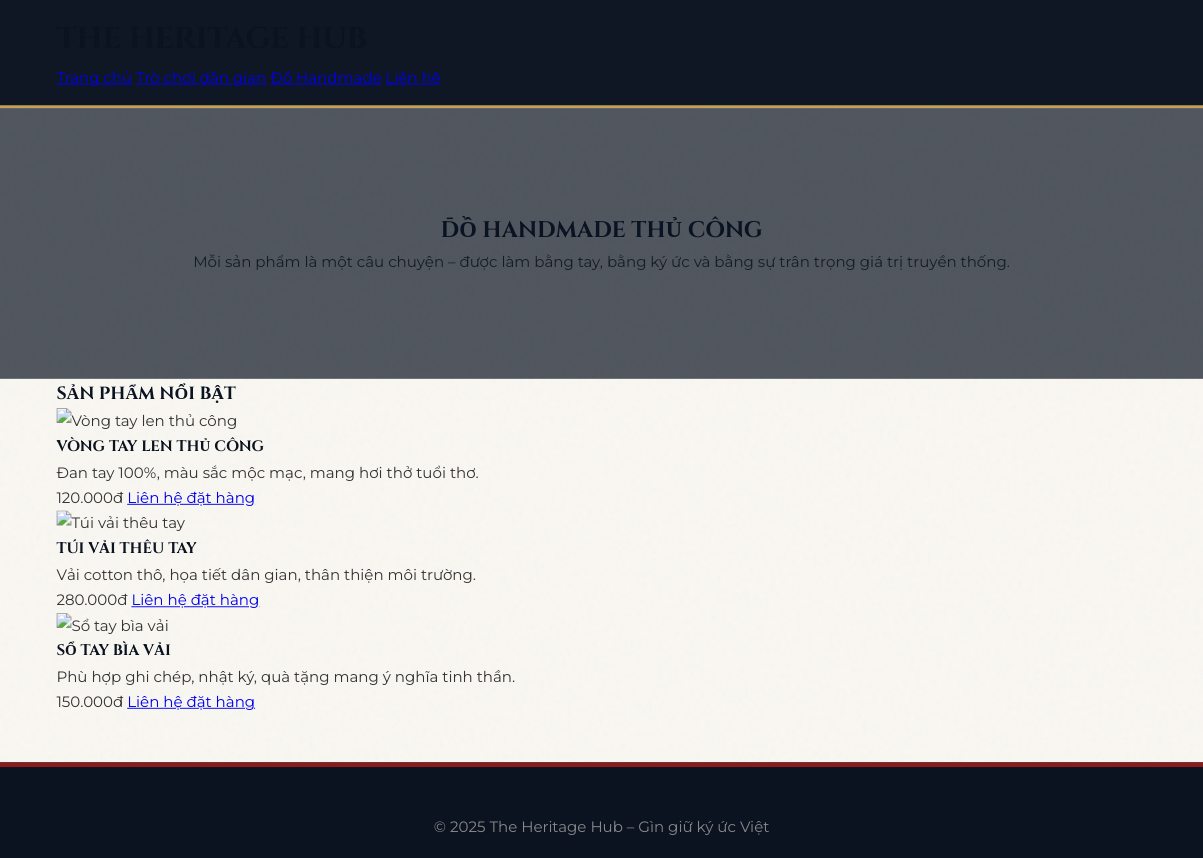
Repository: Lukas952003/Project-The-Heritage-Hub-Coffee-Marketing
Page: handmade.html
An editor plug-in stored every save of this project. The page is shown before and after the next save, followed by the edit.
The browser window is 1280 px wide. The pictures show the whole page, at 94% of full size.
Some web fonts or font styles are not loaded; a fallback is used.

Above is the page before, as saved 2025-12-29 11:25:28.
Not found: img/handmade-1.jpg
Not found: img/handmade-2.jpg
Not found: img/handmade-3.jpg

### handmade.html
<!DOCTYPE html>
<html lang="vi">
  <head>
    <meta charset="UTF-8" />
    <meta name="viewport" content="width=device-width, initial-scale=1.0" />
    <title>Đồ Handmade | The Heritage Hub</title>

    <link rel="stylesheet" href="./css/style.css" />
  </head>
  <body>
    <!-- ===== HEADER ===== -->
    <header class="site-header">
      <div class="container header-flex">
        <h1 class="logo">The Heritage Hub</h1>
        <nav class="nav">
          <a href="index.html">Trang chủ</a>
          <a href="games.html">Trò chơi dân gian</a>
          <a href="handmade.html" class="active">Đồ Handmade</a>
          <a href="contact.html">Liên hệ</a>
        </nav>
      </div>
    </header>

    <!-- ===== HERO ===== -->
    <section class="page-hero handmade-hero">
      <div class="hero-content">
        <h2>Đồ Handmade Thủ Công</h2>
        <p>
          Mỗi sản phẩm là một câu chuyện – được làm bằng tay, bằng ký ức và bằng sự trân trọng giá
          trị truyền thống.
        </p>
      </div>
    </section>

    <!-- ===== PRODUCTS ===== -->
    <section class="handmade-section">
      <div class="container">
        <h3 class="section-title">Sản phẩm nổi bật</h3>

        <div class="handmade-grid">
          <!-- Item 1 -->
          <div class="handmade-card">
            <img src="./img/handmade-1.jpg" alt="Vòng tay len thủ công" />
            <div class="handmade-info">
              <h4>Vòng tay len thủ công</h4>
              <p>Đan tay 100%, màu sắc mộc mạc, mang hơi thở tuổi thơ.</p>
              <span class="price">120.000đ</span>
              <a href="contact.html" class="btn-buy">Liên hệ đặt hàng</a>
            </div>
          </div>

          <!-- Item 2 -->
          <div class="handmade-card">
            <img src="./img/handmade-2.jpg" alt="Túi vải thêu tay" />
            <div class="handmade-info">
              <h4>Túi vải thêu tay</h4>
              <p>Vải cotton thô, họa tiết dân gian, thân thiện môi trường.</p>
              <span class="price">280.000đ</span>
              <a href="contact.html" class="btn-buy">Liên hệ đặt hàng</a>
            </div>
          </div>

          <!-- Item 3 -->
          <div class="handmade-card">
            <img src="./img/handmade-3.jpg" alt="Sổ tay bìa vải" />
            <div class="handmade-info">
              <h4>Sổ tay bìa vải</h4>
              <p>Phù hợp ghi chép, nhật ký, quà tặng mang ý nghĩa tinh thần.</p>
              <span class="price">150.000đ</span>
              <a href="contact.html" class="btn-buy">Liên hệ đặt hàng</a>
            </div>
          </div>
        </div>
      </div>
    </section>

    <!-- ===== FOOTER ===== -->
    <footer class="site-footer">
      <p>© 2025 The Heritage Hub – Gìn giữ ký ức Việt</p>
    </footer>
  </body>
</html>

### css/style.css
/* style.css */
@import url("https://fonts.googleapis.com/css2?family=Cinzel:wght@400;500;600;700;800&family=Montserrat:wght@300;400;500;600;700&family=Playfair+Display:ital,wght@1,400;1,600&display=swap");
@import url("https://cdnjs.cloudflare.com/ajax/libs/font-awesome/6.4.0/css/all.min.css");

:root {
  --gold: #c5a059;
  --gold-light: #f2e6ce;
  --red: #8a1c1c;
  --navy: #0b1321;
  --paper: #f9f7f2;
  --text: #333;
}

* {
  margin: 0;
  padding: 0;
  box-sizing: border-box;
}

body {
  font-family: "Montserrat", sans-serif;
  background-color: var(--paper);
  color: var(--text);
  line-height: 1.7;
  background-image: url("data:[embedded picture, 318 characters]");
}

/* TYPOGRAPHY */
h1,
h2,
h3,
h4 {
  font-family: "Cinzel", serif;
  text-transform: uppercase;
  color: var(--navy);
}
.text-gold {
  color: var(--gold);
}
.text-red {
  color: var(--red);
}
.sub-title {
  font-family: "Playfair Display", serif;
  font-style: italic;
  color: var(--gold);
  font-size: 1.2rem;
  text-transform: none;
}

.container {
  max-width: 1200px;
  margin: 0 auto;
  padding: 0 20px;
}

/* HEADER & NAV */
header {
  background: rgba(11, 19, 33, 0.98);
  border-bottom: 3px solid var(--gold);
  padding: 15px 0;
  position: sticky;
  top: 0;
  z-index: 1000;
}
.nav-inner {
  display: flex;
  justify-content: space-between;
  align-items: center;
}
.logo-area {
  display: flex;
  align-items: center;
  gap: 15px;
  text-decoration: none;
}
.logo-img {
  height: 50px;
  width: auto;
}
.brand-text h1 {
  font-size: 1.2rem;
  color: var(--gold);
  margin: 0;
  line-height: 1;
}
.brand-text span {
  font-size: 0.7rem;
  color: #fff;
  letter-spacing: 2px;
  display: block;
}

.nav-links a {
  color: #ccc;
  text-decoration: none;
  margin-left: 25px;
  font-weight: 500;
  font-size: 0.9rem;
  text-transform: uppercase;
  transition: 0.3s;
}
.nav-links a:hover,
.nav-links a.active {
  color: var(--gold);
}

/* HERO SECTION (Chung cho các trang con) */
.page-hero {
  height: 40vh;
  background-size: cover;
  background-position: center;
  display: flex;
  align-items: center;
  justify-content: center;
  text-align: center;
  position: relative;
}
.page-hero::after {
  content: "";
  position: absolute;
  top: 0;
  left: 0;
  width: 100%;
  height: 100%;
  background: rgba(11, 19, 33, 0.7);
}
.hero-title {
  position: relative;
  z-index: 2;
  color: #fff;
  font-size: 3rem;
  border-bottom: 2px solid var(--gold);
  padding-bottom: 10px;
}

/* BUTTONS */
.btn-gold {
  padding: 12px 30px;
  border: 1px solid var(--gold);
  color: var(--gold);
  text-decoration: none;
  font-weight: 600;
  text-transform: uppercase;
  transition: 0.3s;
  display: inline-block;
  margin-top: 20px;
}
.btn-gold:hover {
  background: var(--gold);
  color: #fff;
}

/* FOOTER */
footer {
  background: var(--navy);
  color: #888;
  padding: 50px 0 20px;
  text-align: center;
  border-top: 5px solid var(--red);
  margin-top: 50px;
}

/* RESPONSIVE */
@media (max-width: 768px) {
  .nav-inner {
    flex-direction: column;
  }
  .nav-links {
    margin-top: 15px;
    flex-wrap: wrap;
    justify-content: center;
  }
}

After the next save:
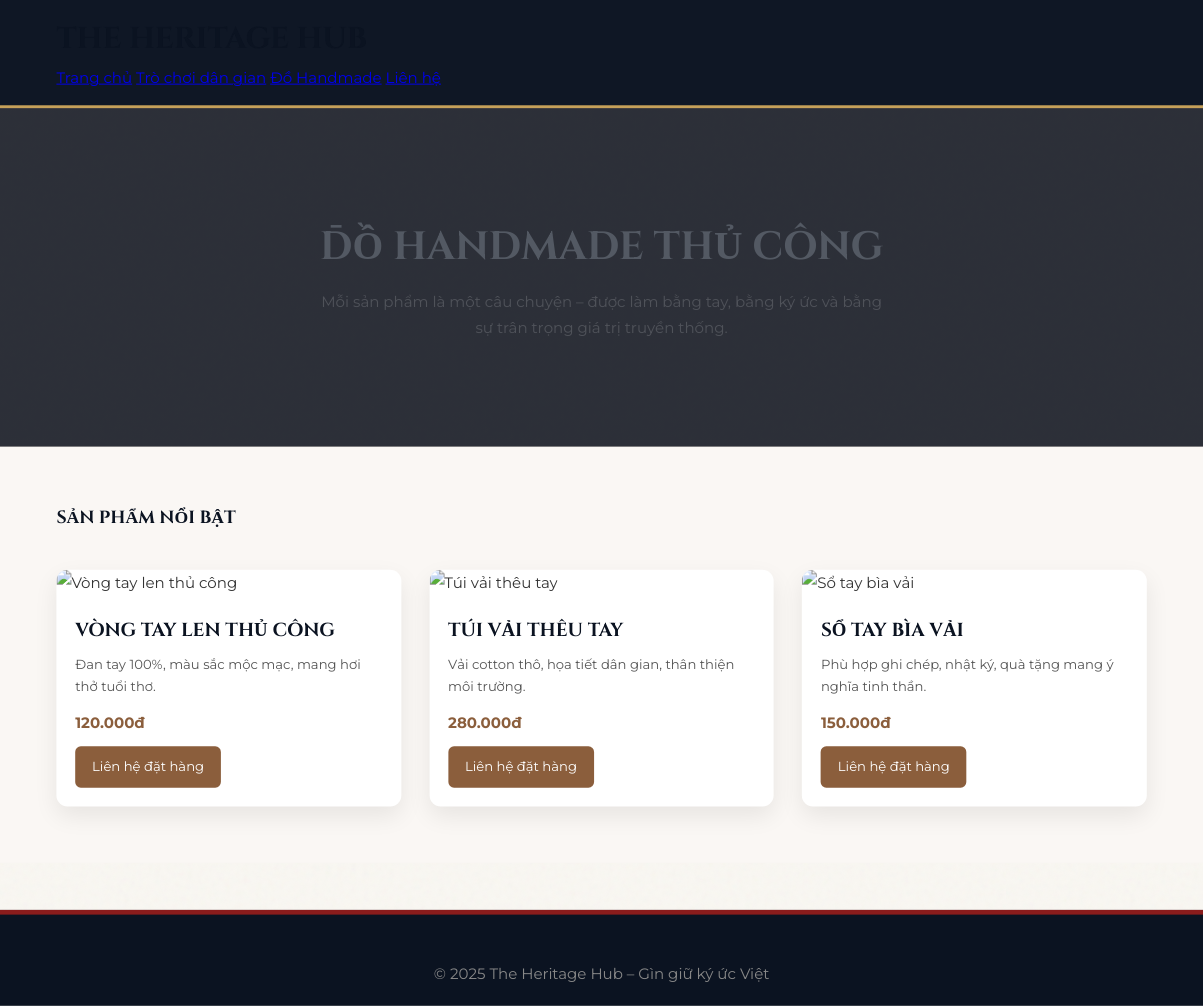
Not found: css/img/handmade-hero.jpg
Saved 10 s later.
--- a/css/style.css
+++ b/css/style.css
@@ -172,3 +172,93 @@ footer {
     justify-content: center;
   }
 }
+
+/* handmade */
+/* ===== HANDMADE HERO ===== */
+.handmade-hero {
+  height: 50vh;
+  background: linear-gradient(rgba(45, 30, 24, 0.6), rgba(45, 30, 24, 0.6)),
+    url("./img/handmade-hero.jpg") center/cover no-repeat;
+  display: flex;
+  align-items: center;
+  justify-content: center;
+  text-align: center;
+}
+
+.handmade-hero h2 {
+  font-size: 42px;
+  color: #fff;
+  margin-bottom: 10px;
+}
+
+.handmade-hero p {
+  color: #f1e7df;
+  max-width: 600px;
+}
+
+/* ===== HANDMADE SECTION ===== */
+.handmade-section {
+  padding: 60px 0;
+  background: #faf7f4;
+}
+
+.handmade-grid {
+  display: grid;
+  grid-template-columns: repeat(auto-fit, minmax(260px, 1fr));
+  gap: 30px;
+  margin-top: 40px;
+}
+
+.handmade-card {
+  background: #fff;
+  border-radius: 12px;
+  overflow: hidden;
+  box-shadow: 0 10px 25px rgba(0, 0, 0, 0.08);
+  transition: transform 0.3s;
+}
+
+.handmade-card:hover {
+  transform: translateY(-6px);
+}
+
+.handmade-card img {
+  width: 100%;
+  height: 220px;
+  object-fit: cover;
+}
+
+.handmade-info {
+  padding: 20px;
+}
+
+.handmade-info h4 {
+  font-size: 20px;
+  margin-bottom: 8px;
+}
+
+.handmade-info p {
+  font-size: 14px;
+  color: #555;
+  margin-bottom: 12px;
+}
+
+.price {
+  display: block;
+  font-weight: bold;
+  color: #8b5e3c;
+  margin-bottom: 12px;
+}
+
+.btn-buy {
+  display: inline-block;
+  padding: 10px 18px;
+  background: #8b5e3c;
+  color: #fff;
+  border-radius: 6px;
+  text-decoration: none;
+  font-size: 14px;
+}
+
+.btn-buy:hover {
+  background: #6f472c;
+}
